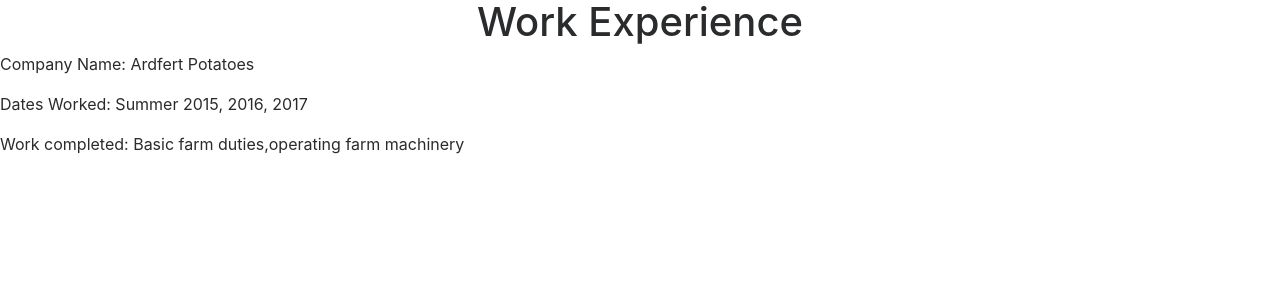
Repository: podgeomahony/is1113117413984
Page: cv/cv_page3.html
The author's editor kept a record of every edit. The page is drawn from the files as they stood at one moment, then again after the next edit.
The browser window is 1280 px wide. The pictures show the whole page.
Some web libraries are served in a nearby version.

Above is the page before.
Console error (its wording comes from the project's code and is left out).

### cv/cv_page3.html
<!DOCTYPE html>
<html>
    <head>
        <title>Work Experience</title>
        <link rel="stylesheet" href="../mystylesheet.css" type="text/css" />


        <!--Adding Bootstrap-->
        <link rel="stylesheet" href="https://maxcdn.bootstrapcdn.com/bootstrap/4.0.0-beta.3/css/bootstrap.min.css" integrity="sha384-Zug+QiDoJOrZ5t4lssLdxGhVrurbmBWopoEl+M6BdEfwnCJZtKxi1KgxUyJq13dy" crossorigin="anonymous">
        <script src="https://code.jquery.com/jquery-3.2.1.slim.min.js" integrity="sha384-KJ3o2DKtIkvYIK3UENzmM7KCkRr/rE9/Qpg6aAZGJwFDMVNA/GpGFF93hXpG5KkN" crossorigin="anonymous"></script>
        <script src="https://cdnjs.cloudflare.com/ajax/libs/popper.js/1.12.9/umd/popper.min.js" integrity="sha384-ApNbgh9B+Y1QKtv3Rn7W3mgPxhU9K/ScQsAP7hUibX39j7fakFPskvXusvfa0b4Q" crossorigin="anonymous"></script>
        <script src="https://maxcdn.bootstrapcdn.com/bootstrap/4.0.0-beta.3/js/bootstrap.min.js" integrity="sha384-a5N7Y/aK3qNeh15eJKGWxsqtnX/wWdSZSKp+81YjTmS15nvnvxKHuzaWwXHDli+4" crossorigin="anonymous"></script>


    </head>
    <body>
        <h1 class="mainheading">Work Experience</h1>

        <p>Company Name: Ardfert Potatoes</p>
        <p>Dates Worked: Summer 2015, 2016, 2017</p>
        <p>Work completed: Basic farm duties,operating farm machinery</p>
    </body>
</html>

### mystylesheet.css

.mainheading {
    text-align: center;
    }

After the next edit:
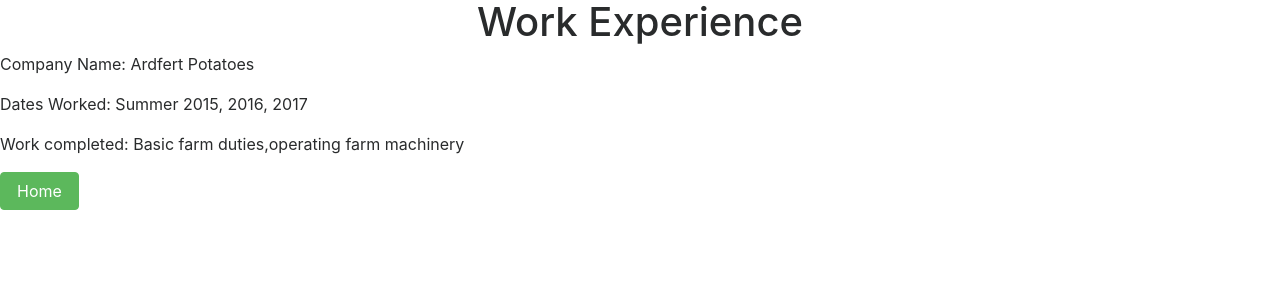
The edit:
--- a/cv/cv_page3.html
+++ b/cv/cv_page3.html
@@ -19,5 +19,7 @@
         <p>Company Name: Ardfert Potatoes</p>
         <p>Dates Worked: Summer 2015, 2016, 2017</p>
         <p>Work completed: Basic farm duties,operating farm machinery</p>
+
+         <a href="../homepage.html" class="btn btn-success">Home</a>
     </body>
 </html>
